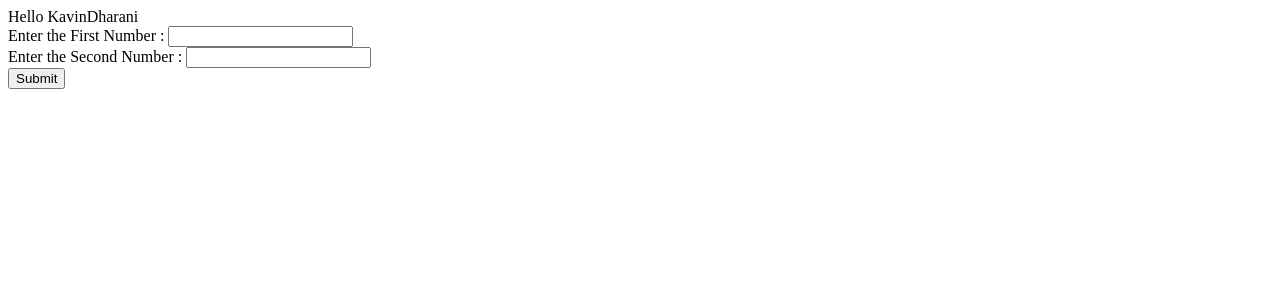
Repository: KavinAdithya/Servlet-JSP
Page: RemoAPP/src/main/webapp/Helo.html
These files come from the project's save history. The page is drawn as it stood at one moment and after the next save; the edit follows.
The browser window is 1280 px wide. The pictures show the whole page.

Above is the page before, as saved 2024-03-15 01:07:05.

### RemoAPP/src/main/webapp/Helo.html
<!DOCTYPE html>
<html>
<head>
	<title>
		Tech.Universe
	</title>
</head>
<body>
    Hello KavinDharani
    <form action="add">
    	Enter the First Number : <input type="text" name="num1"><br>
    	Enter the Second Number : <input type="text" name="num2"><br>
    	<input type="Submit">
    </form>
</body>
</html>

After the next save:
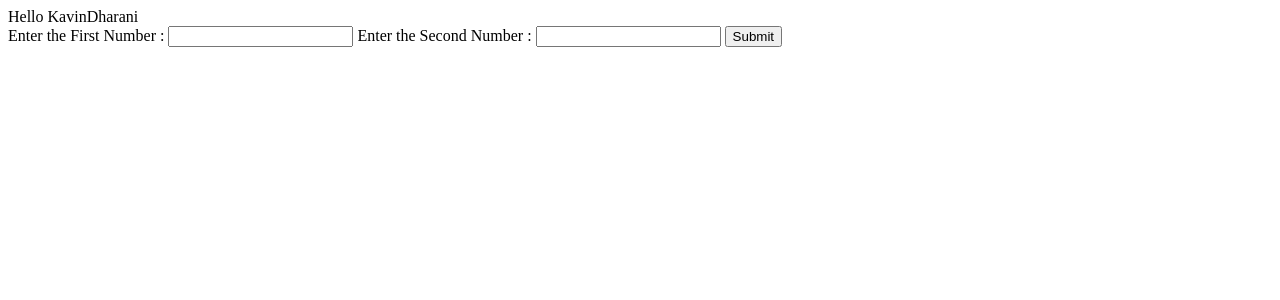
Saved 3 min 9 s later.
--- a/RemoAPP/src/main/webapp/Helo.html
+++ b/RemoAPP/src/main/webapp/Helo.html
@@ -8,8 +8,8 @@
 <body>
     Hello KavinDharani
     <form action="add">
-    	Enter the First Number : <input type="text" name="num1"><br>
-    	Enter the Second Number : <input type="text" name="num2"><br>
+    	Enter the First Number : <input type="text" name="num1">
+    	Enter the Second Number : <input type="text" name="num2">
     	<input type="Submit">
     </form>
 </body>

After the save that followed:
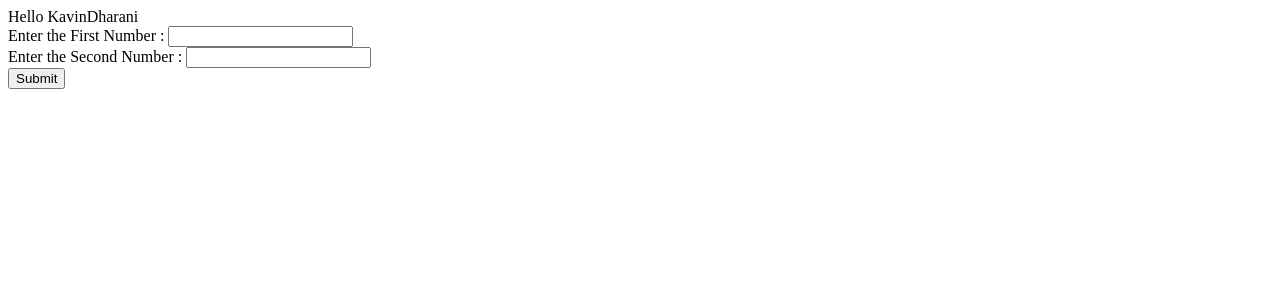
Saved 56 s later.
--- a/RemoAPP/src/main/webapp/Helo.html
+++ b/RemoAPP/src/main/webapp/Helo.html
@@ -8,8 +8,8 @@
 <body>
     Hello KavinDharani
     <form action="add">
-    	Enter the First Number : <input type="text" name="num1">
-    	Enter the Second Number : <input type="text" name="num2">
+    	Enter the First Number : <input type="text" name="num1"><br>
+    	Enter the Second Number : <input type="text" name="num2"><br>
     	<input type="Submit">
     </form>
 </body>
